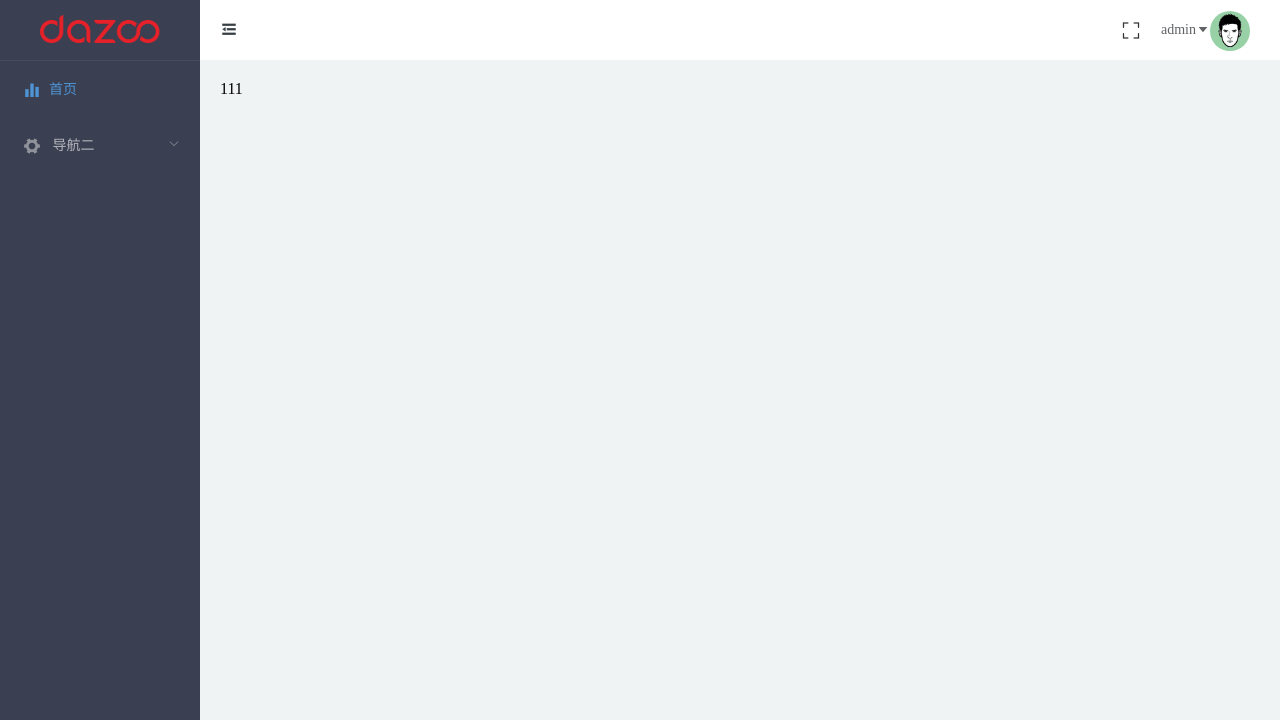
Repository: TomGodb/dazoo-admin
Page: /#/Home
The author's editor kept a copy of each file at every save. The page is drawn from the files as they stood at one save, then again after the next save.
The browser window is 1280 px wide. The pictures show the whole page.
The project was rebuilt for these pictures with package versions that can differ from the ones it lists, and the page was loaded fresh each time. Also part of the build but not shown: vue.config.js, src/components/SlideVerify/index.vue, src/utils/request.js, src/views/login/http.js, src/views/login/index.vue.

Above is the page before, as saved 2021-01-23 10:05:04.

After the next save:
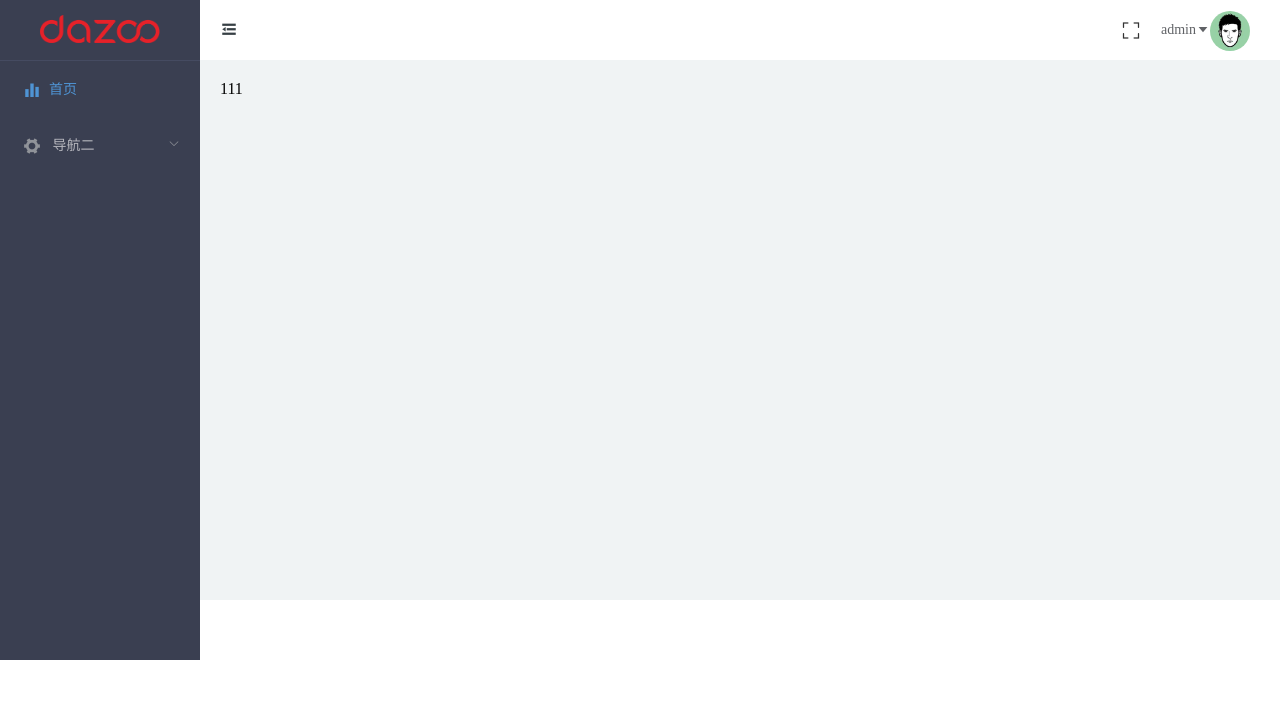
Saved 3 min 23 s later.
--- a/src/Home/index.vue
+++ b/src/Home/index.vue
@@ -87,7 +87,8 @@
   }
 }
 .el-container {
-  height: 100%;
+  height:calc(100% - 60px);
+  // height: 100%;
 }
 .el-main {
   background-color: #f0f3f4;

After the save that followed:
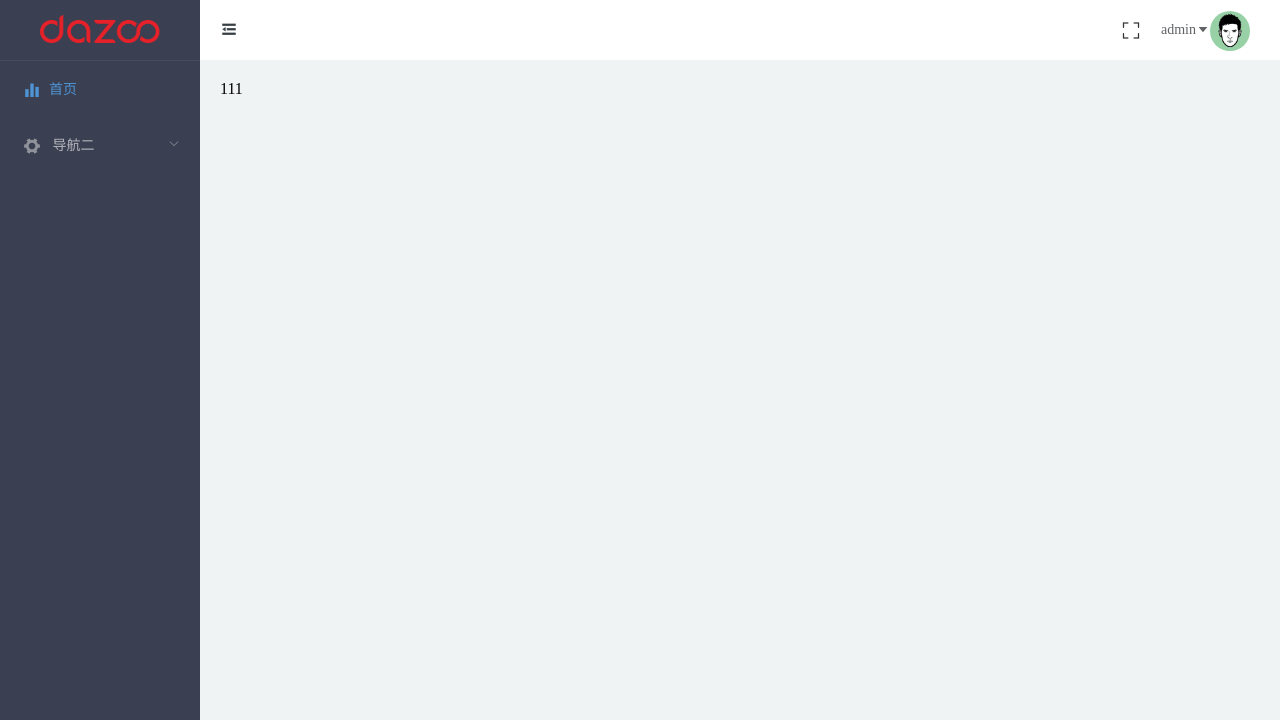
Saved 6 s later.
--- a/src/Home/index.vue
+++ b/src/Home/index.vue
@@ -87,8 +87,8 @@
   }
 }
 .el-container {
-  height:calc(100% - 60px);
-  // height: 100%;
+  // height:calc(100% - 60px);
+  height: 100%;
 }
 .el-main {
   background-color: #f0f3f4;
